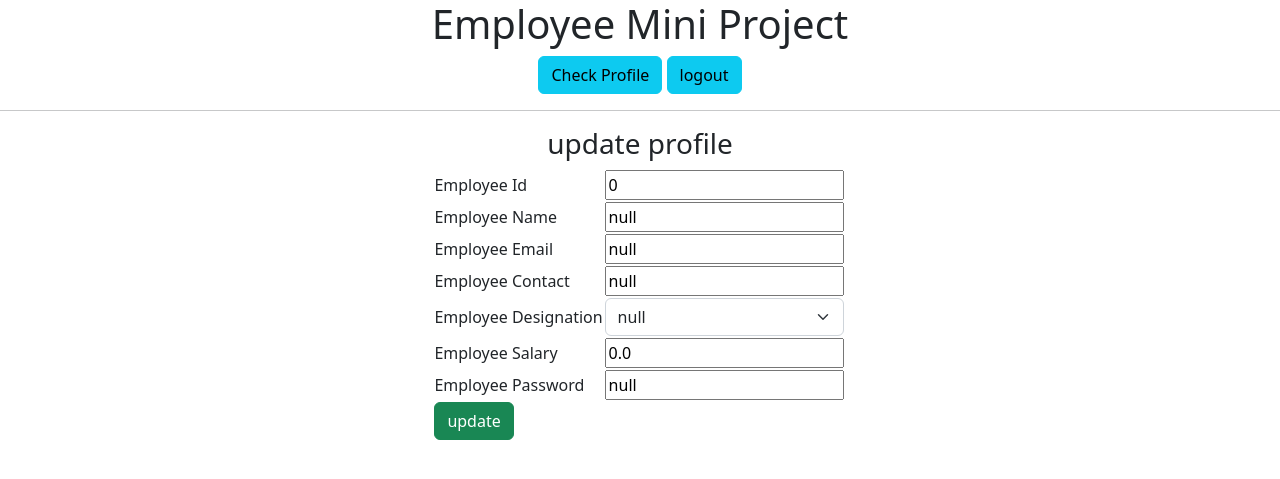
Repository: mca45034/MiniProjectp3
Page: http://localhost/miniproject/employeec?action=editbyemail&email=null
These files come from the project's save history. The page is drawn as it stood at one moment and after the next save; the edit follows.
The browser window is 1280 px wide. The pictures show the whole page.
The page is served by Tomcat 9. Other server files are loaded and not shown. Queries for data that is not in the repository find no rows.

Above is the page before, as saved 2024-03-03 07:26:50.

### project/miniproject/src/main/webapp/updateEmployee.jsp
<%@page import="com.rays.bean.Employee"%>
<%@ page language="java" contentType="text/html; charset=ISO-8859-1"
    pageEncoding="ISO-8859-1"%>
<!DOCTYPE html>
<html>
<head>
<meta charset="ISO-8859-1">
<title>update employee</title>
</head>
<body>
<center>
<%
Employee e=(Employee)session.getAttribute("employee");
%>
<%-- <jsp:include page="/jsp/header.jsp"></jsp:include> --%>
<%@include file="header.jsp" %>

<h3>update profile</h3>
<form action="/MiniAppProject/employeec" method="post">
<input type="hidden" name="action" value="updateemp">
<table>
	<tr>
		<td><label>Employee Id</label></td>
		<td><input type="text" name="empid" value="<%=e.getEmpid() %>"  readonly="readonly"><td>
	</tr>
	<tr>
		<td><label>Employee Name</label></td>
		<td><input type="text" name="empname" value="<%=e.getEmpname()%>"></td>
	</tr>
	<tr>
		<td><label>Employee Email</label></td>
		<td><input type="text" name="empemail" value="<%=e.getEmpemail()%>"></td>
	</tr>
	<tr>
		<td><label>Employee Contact</label></td>
		<td><input type="text" name="empcontact" value="<%=e.getEmpcontact()%>"></td>
	</tr>
	<tr>
		<td><label>Employee Designation</label></td>
		<td>
		<select name="empdesignation"  class="form-select" >
					<option><%=e.getEmpdesignation() %></option>
					<option>Java Developer</option>
					<option>Python Developer</option>
					<option>Manual Tester</option>
					<option>Automation Tester</option>
					<option>Data Analytics</option>
		</select>
		</td>
	</tr>
	<tr>
		<td><label>Employee Salary</label></td>
		<td><input type="text" name="empsal" value="<%=e.getEmpsal()%>"></td>
	</tr>
	<tr>
		<td><label>Employee Password</label></td>
		<td><input type="text" name="emppass" value="<%=e.getEmppass()%>"></td>
	</tr>
	<tr>
		<td><button class="btn btn-success">update</button></td>
	</tr>
</table>
</center>
</form>
</body>
</html>

### project/miniproject/src/main/webapp/header.jsp
<%@ page language="java" contentType="text/html; charset=ISO-8859-1"
	pageEncoding="ISO-8859-1"%>
<!DOCTYPE html>
<html>
<head>
<meta charset="ISO-8859-1">
<title>Insert title here</title>
<link rel="stylesheet"
	href="https://cdn.jsdelivr.net/npm/bootstrap@5.2.3/dist/css/bootstrap.min.css">

</head>
<body>
	<h1>Employee Mini Project</h1>
	<%
		String user = (String) session.getAttribute("usertype");

		if (user != null) {
	%>
	<h3>
		Hii,
		<%=user%></h3>
	<%
		}
	%>

	<%
		if (user != null && user.equalsIgnoreCase("admin")) {
	%>
	<a href="addEmployee.jsp" class="btn btn-info">Add Employee</a>
	<a href="employeec" class="btn btn-info">show Employee list</a>

	<%
		}

		else if (user != null || user != "admin") {
	%>
	<a href="/MiniAppProject/employeec?action=editbyemail&email=<%=user%>"
		class="btn btn-info">Check Profile</a>
	<%
		}
	%>
	<a href="loginc" class="btn btn-info">logout</a>
	<h1><hr></h1>
</body>
</html>

### project/miniproject/src/main/java/com/rays/controller/EmployeeController.java
package com.rays.controller;

import java.io.IOException;
import java.io.PrintWriter;
import java.util.List;

import javax.servlet.RequestDispatcher;
import javax.servlet.ServletException;
import javax.servlet.annotation.WebServlet;
import javax.servlet.http.HttpServlet;
import javax.servlet.http.HttpServletRequest;
import javax.servlet.http.HttpServletResponse;
import javax.servlet.http.HttpSession;

import com.rays.Interface.EmployeeDao;
import com.rays.bean.Employee;
import com.rays.model.EmployeeDaoImpl;

/**
 * Servlet implementation class EmployeeController
 */
@WebServlet("/employeec")
public class EmployeeController extends HttpServlet {
	private static final long serialVersionUID = 1L;
	PrintWriter out;
	boolean result;
	private int empid;
	private String empname;
	private String empemail;
	private String empcontact;
	private String empdesignation;
	private double empsal;
	private String emppass;
	String action;
	Employee emp;
	EmployeeDao edao = new EmployeeDaoImpl();
	RequestDispatcher rd;

	public EmployeeController() {
		super();
		// TODO Auto-generated constructor stub
	}

	protected void doGet(HttpServletRequest request, HttpServletResponse response)
			throws ServletException, IOException {
		// TODO Auto-generated method stub
		out = response.getWriter();
		response.setContentType("text/html");
		HttpSession session = request.getSession();
		action = request.getParameter("action");

		if (action != null && action.equalsIgnoreCase("delete")) {
			empid=Integer.parseInt(request.getParameter("eid"));
			result=edao.deleteEmployee(empid);
			if(result) {
				List<Employee> elist = edao.showEmpList();
				if (!elist.isEmpty()) {
					session.setAttribute("emplist", elist);
					request.setAttribute("msg", "employee record is deleted");
					rd=request.getRequestDispatcher("showEmplist.jsp");
					rd.include(request, response);
					//response.sendRedirect("jsp/showEmplist.jsp");
				}
				else {
					request.setAttribute("msg", "Employee list is empty");
					rd=request.getRequestDispatcher("showEmplist.jsp");
					rd.include(request, response);
				}
			}
			else {
				request.setAttribute("msg", "employee record is not deleted");
				rd=request.getRequestDispatcher("showEmplist.jsp");
				rd.include(request, response);
			}
		} //delete operation closed
		if(action!=null && action.equalsIgnoreCase("edit")) {
			empid=Integer.parseInt(request.getParameter("eid"));
			emp=edao.showEmployeeById(empid);
			if(emp!=null) {
				session.setAttribute("employee", emp);
				rd=request.getRequestDispatcher("updateEmployee.jsp");
				rd.forward(request, response);
			}
		}//edit operation closed

		if(action!=null && action.equalsIgnoreCase("editbyemail")) {
			empemail=request.getParameter("email");
			emp=edao.showEmployeeByEmail(empemail);
			if(emp!=null) {
				session.setAttribute("employee", emp);
				rd=request.getRequestDispatcher("updateEmployee.jsp");
				rd.forward(request, response);
			}
		}//edit operation closed
		else {
			List<Employee> elist = edao.showEmpList();
			if (!elist.isEmpty()) {
				session.setAttribute("emplist", elist);
				response.sendRedirect("showEmplist.jsp");
			}
			else {
				request.setAttribute("msg", "Employee list is empty");
				rd=request.getRequestDispatcher("showEmplist.jsp");
				rd.include(request, response);
			}
		}//show list closed
	}

	/**
	 * @see HttpServlet#doPost(HttpServletRequest request, HttpServletResponse
	 *      response)
	 */
	protected void doPost(HttpServletRequest request, HttpServletResponse response)
			throws ServletException, IOException {
		// TODO Auto-generated method stub
		out = response.getWriter();
		response.setContentType("text/html");
		action = request.getParameter("action");// addemp or updatemp
		HttpSession session = request.getSession();
		if (action != null && action.equalsIgnoreCase("addemp")) {
			empname = request.getParameter("empname");
			empemail = request.getParameter("empemail");
			empcontact = request.getParameter("empcontact");
			empdesignation = request.getParameter("empdesignation");
			empsal = Double.parseDouble(request.getParameter("empsal"));
			emppass=request.getParameter("emppass");
			emp = new Employee(empname, empemail, empcontact, empdesignation, empsal,emppass);
			result = edao.addEmployee(emp); // true or false
			if (result) {
				System.out.println("employee added successfully");
				request.setAttribute("msg", "employee added successfully");
				rd = request.getRequestDispatcher("addEmployee.jsp");
				rd.include(request, response);
			} else {
				System.out.println("employee not added ");
				request.setAttribute("msg", "employee not added");
				rd = request.getRequestDispatcher("addEmployee.jsp");
				rd.include(request, response);
			}
		}//add closed


		if(action!=null && action.equalsIgnoreCase("updateemp")){
			empid=Integer.parseInt(request.getParameter("empid"));
			empname = request.getParameter("empname");
			empemail = request.getParameter("empemail");
			empcontact = request.getParameter("empcontact");
			empdesignation = request.getParameter("empdesignation");
			empsal = Double.parseDouble(request.getParameter("empsal"));
			emppass=request.getParameter("emppass");
			emp=new Employee(empid, empname, empemail, empcontact, empdesignation, empsal,emppass);
			result=edao.updateEmployee(emp);
			if(result) {
				System.out.println("employee updated successfully");
				request.setAttribute("msg", "employee updated successfully");
				List<Employee> elist = edao.showEmpList();
				session.setAttribute("emplist", elist);
				rd = request.getRequestDispatcher("header.jsp");
				rd.forward(request, response);

			}
			else {
				System.out.println("employee updated successfully");
				request.setAttribute("msg", "employee not updated successfully");
				rd = request.getRequestDispatcher("updateEmployee.jsp");
				rd.include(request, response);
			}
		}

	}

}

### project/miniproject/src/main/java/com/rays/model/EmployeeDaoImpl.java
package com.rays.model;

import java.util.ArrayList;
import java.util.List;
import java.sql.*;
import com.rays.Interface.EmployeeDao;
import com.rays.bean.Employee;
import com.rays.utility.DBConnection;

public class EmployeeDaoImpl implements EmployeeDao {

	Connection conn;
	PreparedStatement ps;
	ResultSet rs;
	String sql;
	int result;
	@Override
	public boolean addEmployee(Employee emp) {
		// TODO Auto-generated method stub
		try {
			conn=DBConnection.getConnection();
			sql="insert into employee (empname,empemail,empcontact,empdesignation,empsal,emppass)values(?,?,?,?,?,?)";
			ps=conn.prepareStatement(sql);
			ps.setString(1, emp.getEmpname());
			ps.setString(2, emp.getEmpemail());
			ps.setString(3, emp.getEmpcontact());
			ps.setString(4, emp.getEmpdesignation());
			ps.setDouble(5, emp.getEmpsal());
			ps.setString(6, emp.getEmppass());
			result=ps.executeUpdate();
			if(result>0)
				return true;
		} catch (ClassNotFoundException | SQLException e) {
			// TODO Auto-generated catch block
			e.printStackTrace();
		}
		return false;
	}

	@Override
	public boolean updateEmployee(Employee emp) {
		// TODO Auto-generated method stub
		try {
			conn=DBConnection.getConnection();
			sql="update employee  set empname=?,empemail=?,empcontact=?,empdesignation=?,empsal=?,emppass=? where empid=?";
			ps=conn.prepareStatement(sql);
			ps.setString(1, emp.getEmpname());
			ps.setString(2, emp.getEmpemail());
			ps.setString(3, emp.getEmpcontact());
			ps.setString(4, emp.getEmpdesignation());
			ps.setDouble(5, emp.getEmpsal());
			ps.setString(6, emp.getEmppass());
			ps.setInt(7, emp.getEmpid());
			result=ps.executeUpdate();
			if(result>0)
				return true;
		} catch (ClassNotFoundException | SQLException e) {
			// TODO Auto-generated catch block
			e.printStackTrace();
		}
		return false;
	}

	@Override
	public boolean deleteEmployee(int empid) {
		// TODO Auto-generated method stub
		try {
			conn=DBConnection.getConnection();
			sql="delete from employee where empid=?";
			ps=conn.prepareStatement(sql);
			ps.setInt(1, empid);
			result=ps.executeUpdate();
			if(result>0)
				return true;
		} catch (ClassNotFoundException | SQLException e) {
			// TODO Auto-generated catch block
			e.printStackTrace();
		}
		return false;
	}

	@Override
	public List<Employee> showEmpList() {
		// TODO Auto-generated method stub
		List<Employee>elist=new ArrayList<Employee>();
		try {
			conn=DBConnection.getConnection();
			sql="select *from employee";
			ps=conn.prepareStatement(sql);
			rs=ps.executeQuery();

			while(rs.next()) {
				Employee e=new Employee();
				e.setEmpid(rs.getInt(1));
				e.setEmpname(rs.getString(2));
				e.setEmpemail(rs.getString(3));
				e.setEmpcontact(rs.getString(4));
				e.setEmpdesignation(rs.getString(5));
				e.setEmpsal(rs.getDouble(6));
				e.setEmppass(rs.getString(7));
				elist.add(e);
			}

		} catch (ClassNotFoundException | SQLException e) {
			// TODO Auto-generated catch block
			e.printStackTrace();
		}
		return elist;
	}

	@Override
	public Employee showEmployeeById(int empid) {
		// TODO Auto-generated method stub
		Employee emp=new Employee();
		try {
			conn=DBConnection.getConnection();
			sql="select *from employee where empid=?";
			ps=conn.prepareStatement(sql);
			ps.setInt(1, empid);
			rs=ps.executeQuery();

			if(rs.next()) {

				emp.setEmpid(rs.getInt(1));
				emp.setEmpname(rs.getString(2));
				emp.setEmpemail(rs.getString(3));
				emp.setEmpcontact(rs.getString(4));
				emp.setEmpdesignation(rs.getString(5));
				emp.setEmpsal(rs.getDouble(6));
				emp.setEmppass(rs.getString(7));
			}

		} catch (ClassNotFoundException | SQLException e) {
			// TODO Auto-generated catch block
			e.printStackTrace();
		}
		return emp;
	}

	@Override
	public Employee showEmployeeByEmail(String emailid) {
		// TODO Auto-generated method stub
		Employee emp=new Employee();
		try {
			conn=DBConnection.getConnection();
			sql="select *from employee where empemail=?";
			ps=conn.prepareStatement(sql);
			ps.setString(1,emailid );
			rs=ps.executeQuery();

			if(rs.next()) {

				emp.setEmpid(rs.getInt(1));
				emp.setEmpname(rs.getString(2));
				emp.setEmpemail(rs.getString(3));
				emp.setEmpcontact(rs.getString(4));
				emp.setEmpdesignation(rs.getString(5));
				emp.setEmpsal(rs.getDouble(6));
				emp.setEmppass(rs.getString(7));
			}

		} catch (ClassNotFoundException | SQLException e) {
			// TODO Auto-generated catch block
			e.printStackTrace();
		}
		return emp;
	}

}

### project/miniproject/src/main/java/com/rays/utility/DBConnection.java
package com.rays.utility;

import java.sql.Connection;
import java.sql.DriverManager;
import java.sql.SQLException;

public class DBConnection {

	private static Connection conn;

	public static Connection getConnection() throws ClassNotFoundException, SQLException {
		String driver="com.mysql.cj.jdbc.Driver";
		String url="jdbc:mysql://localhost:3306/minapp";
		String username="root";
		String userpass="root";
		Class.forName(driver);
		conn=DriverManager.getConnection(url,username,userpass);
		return conn;
	}

}

After the next save:
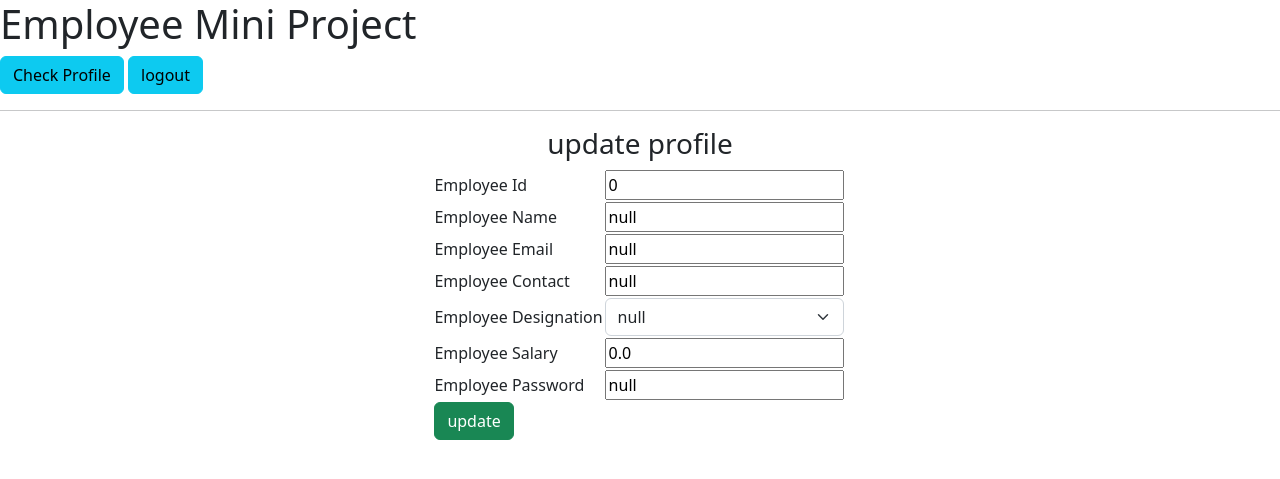
Saved 25 s later.
--- a/project/miniproject/src/main/webapp/updateEmployee.jsp
+++ b/project/miniproject/src/main/webapp/updateEmployee.jsp
@@ -8,12 +8,13 @@
 <title>update employee</title>
 </head>
 <body>
+<%@include file="header.jsp" %>
 <center>
 <%
 Employee e=(Employee)session.getAttribute("employee");
 %>
 <%-- <jsp:include page="/jsp/header.jsp"></jsp:include> --%>
-<%@include file="header.jsp" %>
+
 
 <h3>update profile</h3>
 <form action="/MiniAppProject/employeec" method="post">
